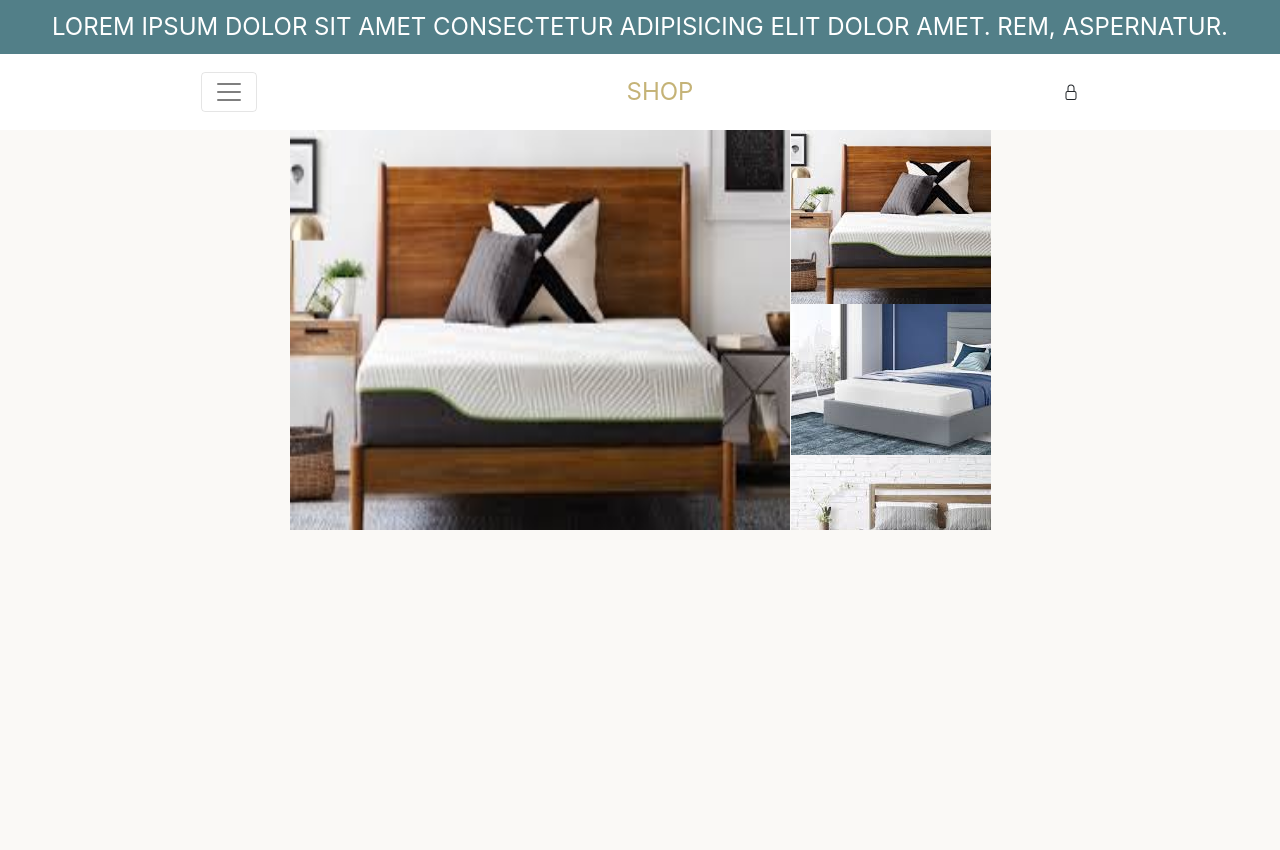
Repository: DaNiels89/frontendassignmentbogbootcamp
Page: index.html
The author's editor kept a copy of each file at every save. The page is drawn from the files as they stood at one save, then again after the next save.
The browser window is 1280 px wide. The pictures show the whole page.

Above is the page before, as saved 2020-03-19 18:28:10.

After the next save:
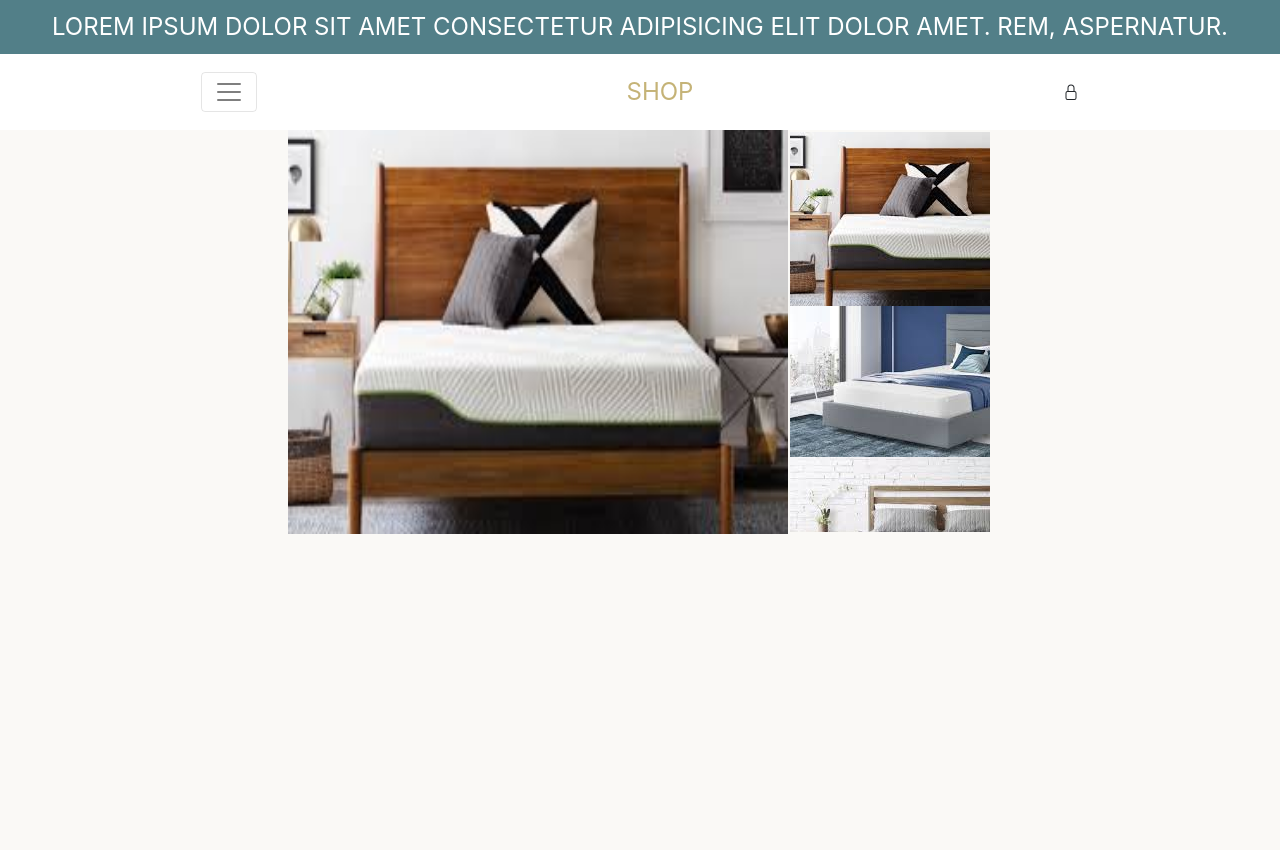
Saved 33 s later.
--- a/css/styles.css
+++ b/css/styles.css
@@ -50,6 +50,6 @@
 .right-carousel {
   width: 200px;
   height: 400px;
-  margin-left: 1px;
+  margin: 2px;
   overflow: hidden;
 }
